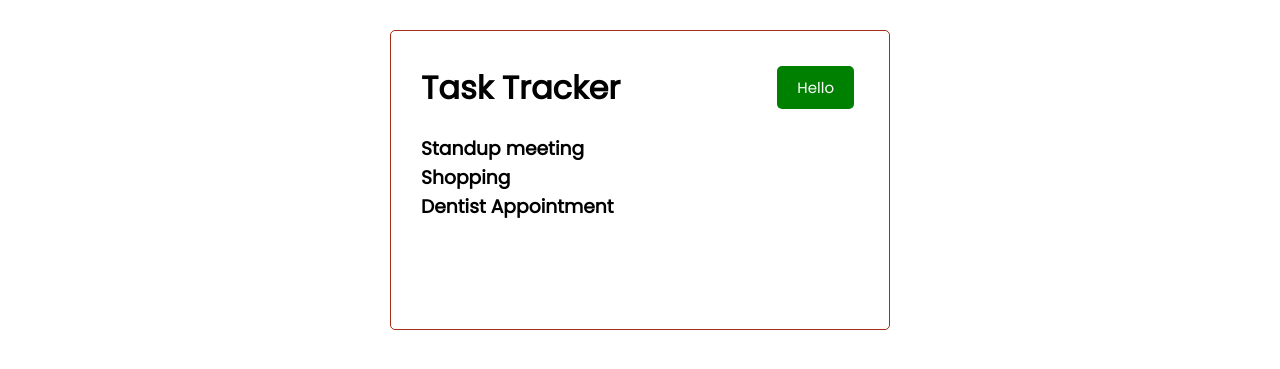
Repository: NIMRAH97/React-Strap-Test
Page: /
An editor plug-in stored every save of this project. The page is shown before and after the next save, followed by the edit.
The browser window is 1280 px wide. The pictures show the whole page.
The project was rebuilt for these pictures with package versions that can differ from the ones it lists, and the page was loaded fresh each time.

Above is the page before, as saved 2021-05-22 16:22:04.

### src/index.css
@import url('https://fonts.googleapis.com/css2?family=Poppins:wght@300;400&display=swap');

* {
  box-sizing: border-box;
  margin: 0;
  padding: 0;
}

body {
  font-family: 'Poppins', sans-serif;
}

.container {
  max-width: 500px;
  margin: 30px auto;
  overflow: auto;
  min-height: 300px;
  border: 1px solid rgb(165, 44, 23);
  padding: 30px;
  border-radius: 5px;
}

.header {
  display: flex;
  justify-content: space-between;
  align-items: center;
  margin-bottom: 20px;
}

.btn {
  display: inline-block;
  background: #000;
  color: #fff;
  border: none;
  padding: 10px 20px;
  margin: 5px;
  border-radius: 5px;
  cursor: pointer;
  text-decoration: none;
  font-size: 15px;
  font-family: inherit;
}

.btn:focus {
  outline: none;
}

.btn:active {
  transform: scale(0.98);
}

.btn-block {
  display: block;
  width: 100%;
}

.task {
  background: #bd5c5c;
  margin: 5px;
  padding: 10px 20px;
  cursor: pointer;
}

.task.reminder {
  border-left: 5px solid green;
}

.task h3 {
  display: flex;
  align-items: center;
  justify-content: space-between;
}

.add-form {
  margin-bottom: 40px;
}

.form-control {
  margin: 20px 0;
}

.form-control label {
  display: block;
}

.form-control input {
  width: 100%;
  height: 40px;
  margin: 5px;
  padding: 3px 7px;
  font-size: 17px;
}

.form-control-check {
  display: flex;
  align-items: center;
  justify-content: space-between;
}

.form-control-check label {
  flex: 1;
}

.form-control-check input {
  flex: 2;
  height: 20px;
}

footer {
  margin-top: 30px;
  text-align: center;
}

### src/App.js
import { useState } from 'react';
import Header from './components/Header';
import Tasks from './components/Tasks';

const App = () => {
    const [tasks, setTasks] = useState([
        {
            id: 1,
            text: "Standup meeting",
            day: '23rd May, 2021',
            reminder: true

        },
        {
            id: 2,
            text: "Shopping",
            day: '24th May, 2021',
            reminder: true

        },
        {
            id: 3,
            text: "Dentist Appointment",
            day: '3rd June, 2021',
            reminder: false

        }

    ])
    return (
        <div className='container'>
            <Header />
            <Tasks tasks={tasks} />
        </div>
    )
}

export default App;

### src/components/Header.js
import PropTypes from 'prop-types'
import Button from './Button'
const Header = ({ title }) => {
    const onClick = () => {
        console.log("click triggered")
    }
    return (
        <header className="header">
            <h1>{title}</h1>
            <Button color="green" text='Hello' onClick={onClick} />
        </header>
    )
}

Header.defaultProps = {
    title: "Task Tracker",
}
Header.propTypes = {
    title: PropTypes.string.isRequired,
}
export default Header

### src/components/Tasks.js
const Tasks = ({ tasks }) => {
    return (
        <>
            {tasks.map((task) => (
                <h3 key={task.id}>{task.text}</h3>
            ))}
        </>
    )
}

export default Tasks

### src/components/Button.js
import PropTypes from 'prop-types'

const Button = ({ color, text, onClick }) => {

    return <button onClick={onClick} style={{ backgroundColor: color }} className='btn'>{text}</button>
}

Button.defaultProps = {
    color: 'steelBlue',
}
Button.propTypes = {
    text: PropTypes.string,
    color: PropTypes.string,
    onClick: PropTypes.func,
}

export default Button

### src/components/Task.js

const Task = () => {
    return (
        <div className='task'>
            <h3>My Task</h3>

        </div>
    )
}

export default Task

Loaded but not shown: public/index.html (common file); src/index.js (common file); src/reportWebVitals.js (common file)

After the next save:
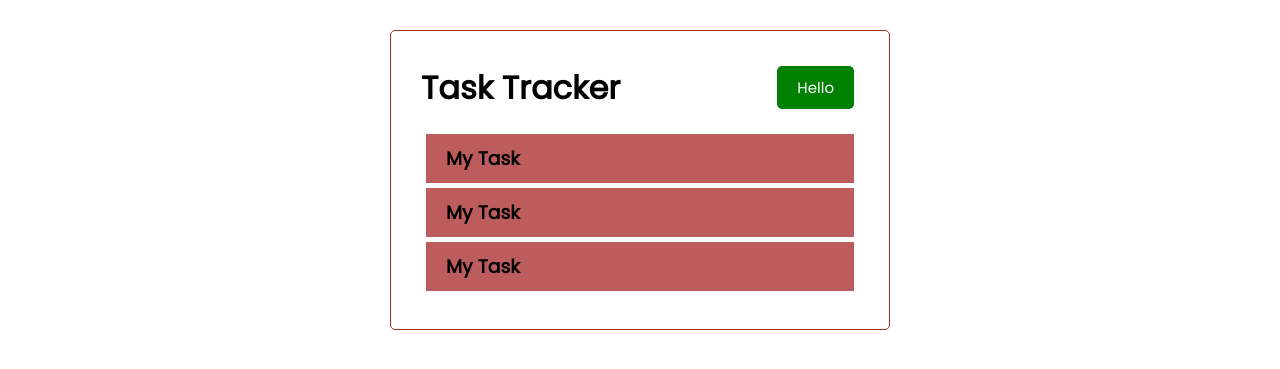
Saved 2 min 50 s later.
--- a/src/components/Tasks.js
+++ b/src/components/Tasks.js
@@ -1,8 +1,9 @@
+import Task from './Task'
 const Tasks = ({ tasks }) => {
     return (
         <>
             {tasks.map((task) => (
-                <h3 key={task.id}>{task.text}</h3>
+                <Task key={task.id} task={task} />
             ))}
         </>
     )
